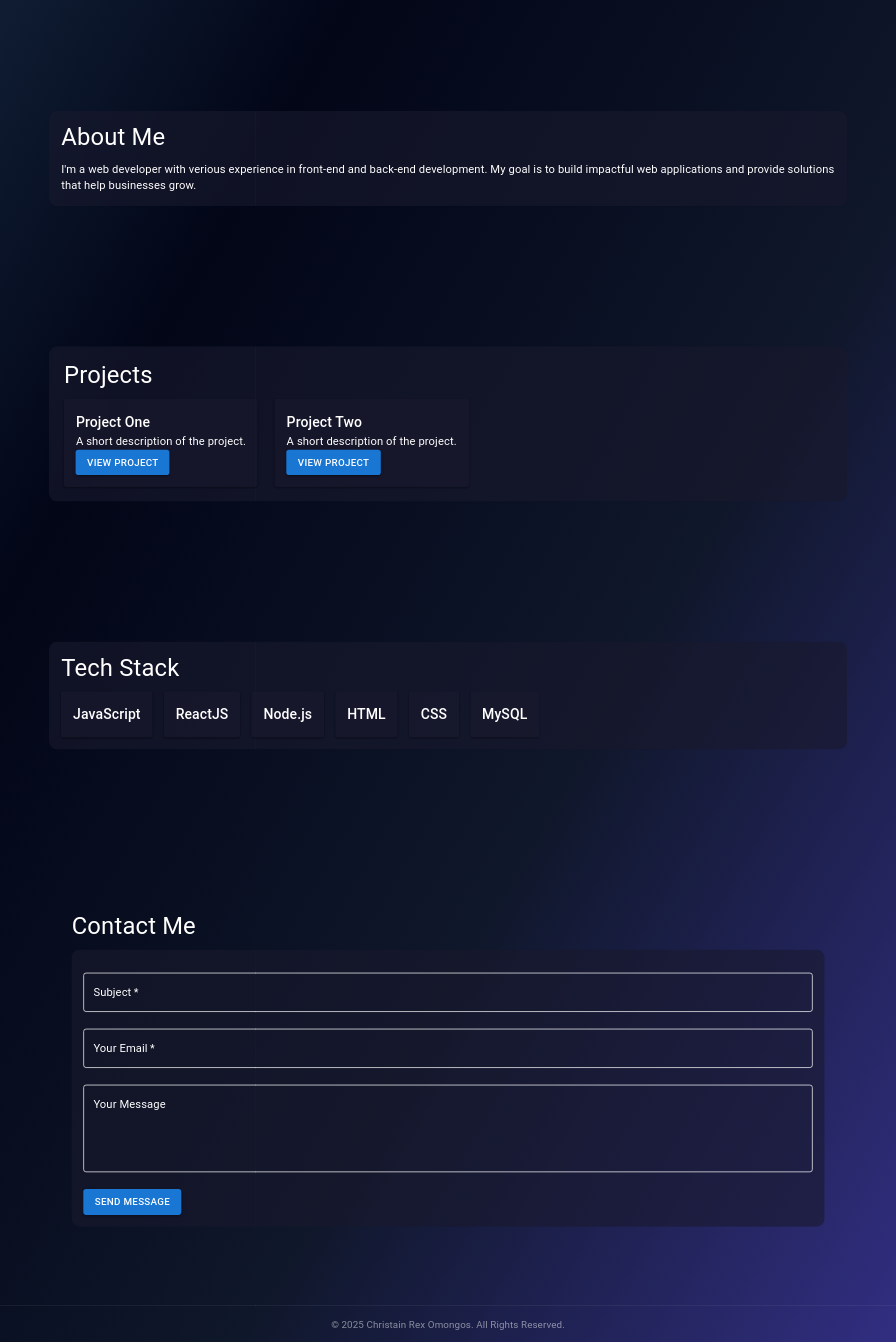
Repository: mikeshadowcoder/myWeb
Page: /
The author's editor kept a copy of each file at every save. The page is drawn from the files as they stood at one save, then again after the next save.
The browser window is 1280 px wide. The pictures show the part of the page from y = 761 to 2681 px (the page is 2679 px tall before and 2681 px after), at 70% of full size.
The project was rebuilt for these pictures with package versions that can differ from the ones it lists, and the page was loaded fresh each time.

Above is the page before, as saved 2026-01-21 22:59:00.

After the next save:
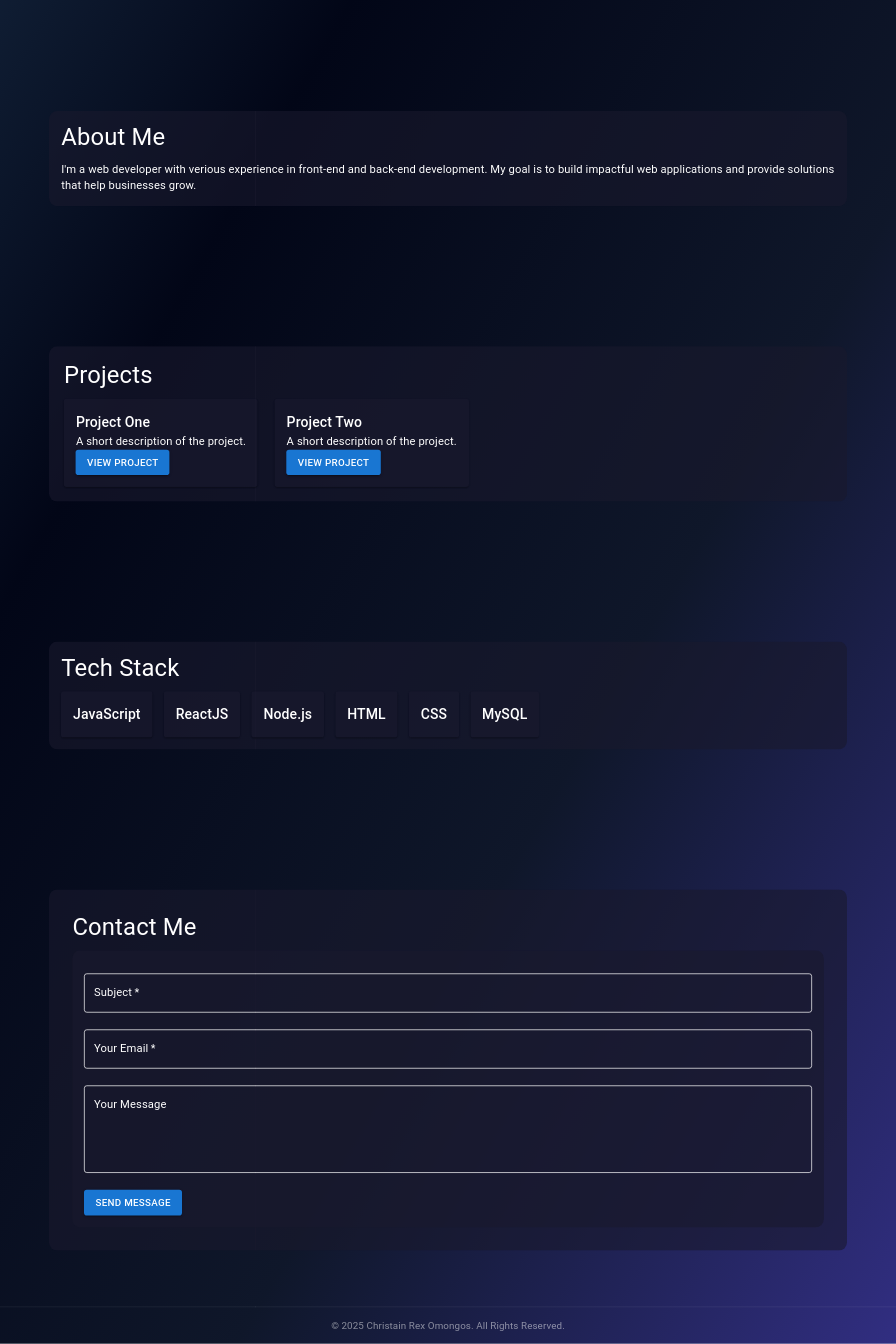
Saved 6 s later.
--- a/src/components/Contact.js
+++ b/src/components/Contact.js
@@ -36,7 +36,7 @@
 
 
   return (
-    <Box sx={{p: 4, mt: 25, mb: 10}}>
+    <Box className="box-container" sx={{p: 4, mt: 25, mb: 10}}>
       <Typography variant="h4" gutterBottom>Contact Me</Typography>
       <Box className="box-container" >
         {/* Success Message */}
